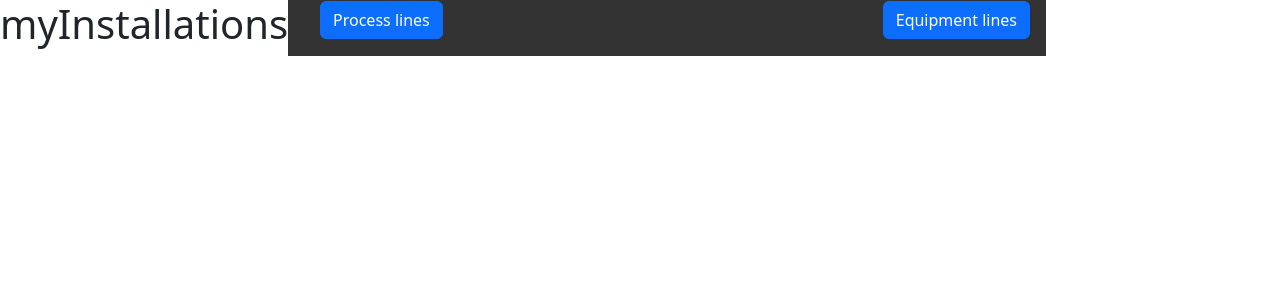
Repository: sreech465/evin3
Page: /equipment
An editor plug-in stored every save of this project. The page is shown before and after the next save, followed by the edit.
The browser window is 1280 px wide. The pictures show the whole page.
The page's requests for data from a server got no answer. The project was rebuilt for these pictures with package versions that can differ from the ones it lists, and the page was loaded fresh each time. No one was signed in, and anything a server would have sent is missing. Also part of the build but not shown: src/Login.js, src/Display.js, src/Details.js, src/CustomSearchBar.js, src/Process.js, src/Learning.js, src/ProcessDetails.js, src/EquipDetails.js.

Above is the page before, as saved 2022-10-29 08:18:24.

### src/index.js
import React from "react";
import ReactDOM from "react-dom/client";
import "./index.css";
import App from "./App";
import reportWebVitals from "./reportWebVitals";
import { Provider } from "react-redux";
import store from "./store";
import "bootstrap/dist/css/bootstrap.min.css";
const root = ReactDOM.createRoot(document.getElementById("root"));
root.render(
  <React.StrictMode>
    <Provider store={store}>
      <App />
    </Provider>
  </React.StrictMode>
);

// If you want to start measuring performance in your app, pass a function
// to log results (for example: reportWebVitals(console.log))
// or send to an analytics endpoint. Learn more: https://bit.ly/CRA-vitals
reportWebVitals();

### src/App.js
import React from "react";
import { Routes, Route } from "react-router-dom";
import { BrowserRouter } from "react-router-dom";
import Login from "./Login";
import Display from "./Display";
import Details from "./Details";
import Process from "./Process";
import Equipment from "./Equipment";
import Learning from "./Learning";
import ProcessDetails from "./ProcessDetails";
import EquipDetails from "./EquipDetails";

const App = () => {
  return (
    <div className="App">
      <BrowserRouter>
        <Routes>
          <Route path="/" element={<Login />} />
          <Route path="/display" element={<Display />} />
          <Route path="/details" element={<Details />} />
          <Route path="/pdetails" element={<Process />} />
          <Route path="/elearning" element={<Learning />} />
          <Route path="/equipment" element={<Equipment />} />
          <Route path="/pdetails/:id" element={<ProcessDetails />} />
          <Route path="/equipment/:id" element={<EquipDetails />} />
        </Routes>
      </BrowserRouter>
    </div>
  );
};

export default App;

### src/store.js
import { applyMiddleware, createStore } from "redux";
import thunk from "redux-thunk";

import { singleReducer } from "./combineReducer";

const store = createStore(singleReducer, applyMiddleware(thunk));

export default store;

### src/Equipment.js
import React, { useEffect } from "react";
import { useSelector, useDispatch } from "react-redux";
import { getEquipmentDetails } from "./Actions";
import Headertabs from "./Headertabs";
import { Link } from "react-router-dom";

const Equipment = () => {
  const dispatch = useDispatch();

  const access_token = useSelector(
    (state) => state.LoginReducer.auth.access_token
  );

  const EquipmentList = useSelector((state) => state.EquipmentReducer.Data102);
  console.log(EquipmentList);

  useEffect(() => {
    dispatch(getEquipmentDetails(access_token));
  }, []);

  return (
    <>
      <Headertabs />
      {/* <div>
        <Routes>
          <Route path="/equipment" element={<Equipment />} />
        </Routes>
      </div> */}

      <>
        {EquipmentList &&
          EquipmentList.data.results.length > 0 &&
          EquipmentList.data.results.map((element) => {
            return (
              <>
                <div class="card" style={{ display: "flex" }}>
                  <img
                    style={{ width: 70, height: 40 }}
                    class="card-img-top"
                    src={element.equipment_image}
                    alt="Card image cap"
                  />
                  <div class="card-body">
                    <h5 class="card-title">{element.equipment_id}</h5>
                    <p class="card-text">
                      {element.line_org_location} {element.installed_by_name}.
                    </p>
                    <Link to={`/equipment/${element.id}`}>
                      <button class="btn btn-primary">Details</button>
                    </Link>
                  </div>
                </div>
              </>
            );
          })}
      </>
      {/* ) : ( "loading" ); */}
    </>
  );
};

export default Equipment;

### src/combineReducer.js
import { combineReducers } from "redux";
import {
  equipmentReducer,
  equipmentReducer1,
  LoginReducer,
  processReducer,
  processReducer1,
  projectReducer,
} from "./Reducer";

export const singleReducer = combineReducers({
  LoginReducer: LoginReducer,
  ProjectReducer: projectReducer,
  ProcessReducer: processReducer,
  ProcessReducer1: processReducer1,
  EquipmentReducer: equipmentReducer,
  EquipmentReducer1: equipmentReducer1,
});

### src/Actions.js
import axios from "axios";

import {
  LOGIN_SUCESS,
  PROCESS_SUCESS,
  PROJECT_SUCESSC,
  EQUIPMENT_SUCESS,
  EQUIPMENT_SUCESSC,
  PROJECT_SUCESS,
} from "./types";

const apiBaseUrl = "http://52.139.224.15:81/account/";
const adminbaseurl = "http://52.139.224.15:81/";
const baseUrl = "http://52.139.224.15:81/account/login/";

export const loginAction = (username, password, navigate) => {
  console.log(username, password, "action");
  return async (dispatch) => {
    const formData = {
      username: username,
      password: password,
    };

    try {
      await axios.post(baseUrl, formData).then((response) => {
        console.log("response from api", response.data);
        if (response.status == 200) {
          dispatch({ type: LOGIN_SUCESS, payload: response.data });
          navigate("/display");
        }
      });
    } catch (err) {
      console.log(err);
    }
  };
};

export const getProjectDetails = (access_token) => {
  console.log(access_token);
  return async (dispatch) => {
    let config = {
      headers: { Authorization: `Bearer ${access_token}` },
    };

    try {
      await axios
        .get(
          "http://52.139.224.15:81/my_project_list/?search=&page=1&ordering=-id&project_status=&solution_org=",
          config
        )
        .then((response) => {
          console.log("response from api", response);
          if (response.status == 200) {
            dispatch({ type: PROCESS_SUCESS, payload: response });
          }
        });
    } catch (err) {
      console.log(err);
    }
  };
};

export const getProcesslines = (access_token) => {
  console.log(access_token);
  return async (dispatch) => {
    let config = {
      headers: { Authorization: `Bearer ${access_token}` },
    };

    try {
      await axios
        .get(
          "http://52.139.224.15:81/end_user/process_line/?primary_product=all&org_location=&query=&page=1&sort_by=-id&installed_by=",
          config
        )
        .then((response) => {
          console.log("response from api", response);
          if (response.status == 200) {
            dispatch({ type: PROJECT_SUCESS, payload: response });
          }
        });
    } catch (err) {
      console.log(err);
    }
  };
};

export const getProcesslines1 = (access_token, id) => {
  console.log(access_token);
  console.log(id);

  return async (dispatch) => {
    let config = {
      headers: { Authorization: `Bearer ${access_token}` },
    };

    try {
      await axios
        .get(
          `http://52.139.224.15:81/end_user/process_line/?line_id=${id}`,
          config
        )
        .then((response) => {
          console.log("response from api", response);
          if (response.status == 200) {
            dispatch({ type: PROJECT_SUCESSC, payload: response });
          }
        });
    } catch (err) {
      console.log(err);
    }
  };
};

export const getEquipmentDetails = (access_token) => {
  console.log(access_token);
  return async (dispatch) => {
    let config = {
      headers: { Authorization: `Bearer ${access_token}` },
    };

    try {
      await axios
        .get(
          "http://52.139.224.15:81/tagged_equipment_list/?search=&page=1&ordering=-status&process_line__org_location__name=&process_line__name=&system=&oem_org_id=&process_line__primary_product_ref__name=&equipment_select=&process_line__installed_by=",
          config
        )
        .then((response) => {
          console.log("response from api", response);
          if (response.status == 200) {
            dispatch({ type: EQUIPMENT_SUCESS, payload: response });
          }
        });
    } catch (err) {
      console.log(err);
    }
  };
};

export const getEquipmentDetails1 = (access_token, id) => {
  console.log(access_token);
  console.log(id);
  return async (dispatch) => {
    let config = {
      headers: { Authorization: `Bearer ${access_token}` },
    };

    try {
      await axios
        .get(
          `http://52.139.224.15:81/tagged_equipment_list/?installed_equipment_id=${id}`,
          config
        )
        .then((response) => {
          console.log("response from api", response);
          if (response.status == 200) {
            dispatch({ type: EQUIPMENT_SUCESSC, payload: response });
          }
        });
    } catch (err) {
      console.log(err);
    }
  };
};

### src/Headertabs.js
import React from "react";
import "./styles.css";
import { Link } from "react-router-dom";

const Headertabs = () => {
  return (
    <>
      <div style={{ display: "flex" }}>
        <h1>myInstallations</h1>
        <nav className="nav">
          <ul
            style={{
              textDecoration: "none",
              display: "flex",
              justifyContent: "space-around",
            }}
          >
            <li style={{ listStyleType: "none" }}>
              <Link to="/pdetails">
                <button className="btn btn-primary">Process lines</button>
              </Link>
            </li>
            <li style={{ listStyleType: "none", marginLeft: 440 }}>
              <Link to="/equipment">
                <button className="btn btn-primary">Equipment lines</button>
              </Link>
            </li>
          </ul>
        </nav>
      </div>
    </>
  );
};

export default Headertabs;

### src/Reducer.js
import {
  EQUIPMENT_SUCESS,
  EQUIPMENT_SUCESSC,
  LOGIN_SUCESS,
  PROCESS_SUCESS,
  PROJECT_SUCESS,
  PROJECT_SUCESSC,
} from "./types";
const initialState = {
  auth: {
    access_token: "",
    username: "",
    role_permissions: [],
  },
  Data100: "",
};

export const LoginReducer = (state = initialState, action) => {
  // console.log(action);

  switch (action.type) {
    case LOGIN_SUCESS:
      return {
        ...state,

        auth: action.payload,
      };

    default:
      return state;
  }
};

export const projectReducer = (state = initialState, action) => {
  // console.log(action);

  switch (action.type) {
    case PROCESS_SUCESS:
      return {
        ...state,

        Data100: action.payload,
      };

    default:
      return state;
  }
};

export const processReducer = (state = initialState, action) => {
  // console.log(action);

  switch (action.type) {
    case PROJECT_SUCESS:
      return {
        ...state,

        Data101: action.payload,
      };

    default:
      return state;
  }
};

export const processReducer1 = (state = initialState, action) => {
  // console.log(action);

  switch (action.type) {
    case PROJECT_SUCESSC:
      return {
        ...state,

        TOM: action.payload,
      };

    default:
      return state;
  }
};

export const equipmentReducer = (state = initialState, action) => {
  // console.log(action);

  switch (action.type) {
    case EQUIPMENT_SUCESS:
      return {
        ...state,

        Data102: action.payload,
      };

    default:
      return state;
  }
};

export const equipmentReducer1 = (state = initialState, action) => {
  // console.log(action);

  switch (action.type) {
    case EQUIPMENT_SUCESSC:
      return {
        ...state,

        JERRY: action.payload,
      };

    default:
      return state;
  }
};

### src/types.js
export const LOGIN_SUCESS = "LOGIN_SUCESS";
export const PROCESS_SUCESS = "PROCESS_SUCESS";
export const PROJECT_SUCESS = "PROJECT_SUCESS";
export const EQUIPMENT_SUCESS = "EQUIPMENT_SUCESS";
export const EQUIPMENT_SUCESSC = "EQUIPMENT_SUCESSC";
export const PROJECT_SUCESSC = "PROJECT_SUCESSC";

### src/styles.css
* {
    box-sizing: border-box;
}

body {
    margin:0;

}

.nav {
    background-color: #333;
    color:white;
    display: flex;
    justify-content: space-between;
    align-items: center;
    gap: 2rem;
    padding: 0 1rem;
}

.nav a {
    color:inherit
}

Loaded but not shown: public/index.html (common file); src/index.css (common file); src/reportWebVitals.js (common file)

After the next save:
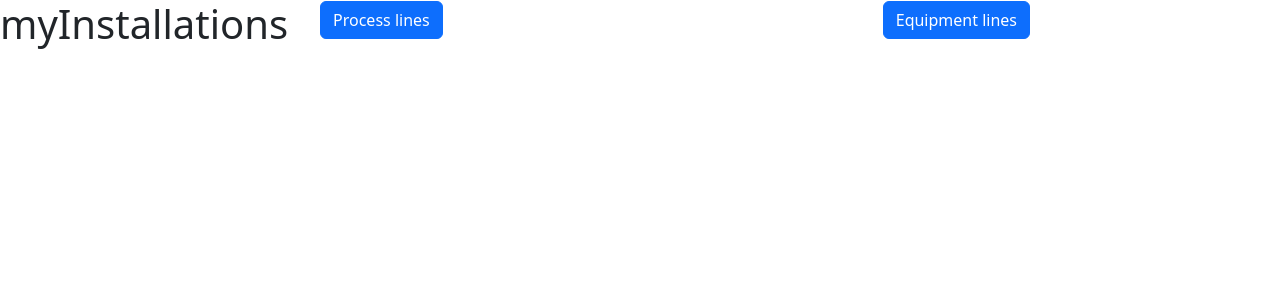
Saved 31 s later.
--- a/src/styles.css
+++ b/src/styles.css
@@ -8,7 +8,7 @@ body {
 }
 
 .nav {
-    background-color: #333;
+    background-color:'white';
     color:white;
     display: flex;
     justify-content: space-between;
